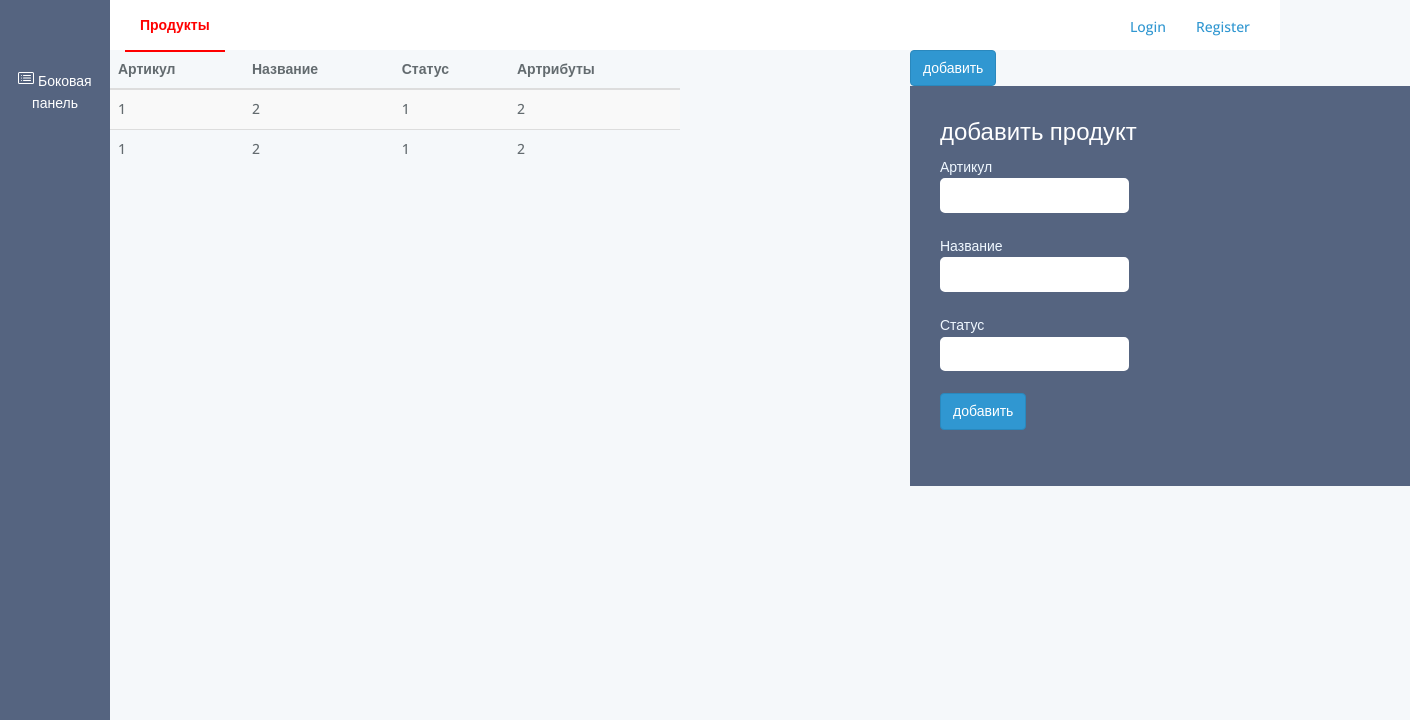
Repository: blackjack043/laravel-crud
Page: http://localhost/page2
An editor plug-in stored every save of this project. The page is shown before and after the next save, followed by the edit.
The browser window is 1280 px wide. The page is 1410 px wide, then 1310 px, so the pictures cover 1410 px, including what lies to the right of the window. The pictures show the whole page.
Some web fonts or font styles are not loaded; a fallback is used. The page is served by the project's Laravel application, run on PHP 8.4 with Laravel 8. Other server files are loaded and not shown.

Above is the page before, as saved 2022-03-08 22:56:16.

### routes/web.php
<?php

/*
|--------------------------------------------------------------------------
| Web Routes
|--------------------------------------------------------------------------
|
| Here is where you can register web routes for your application. These
| routes are loaded by the RouteServiceProvider within a group which
| contains the "web" middleware group. Now create something great!
|
*/
use Illuminate\Http\Request;
use App\Contact12;


Route::get('/', function () {
    return view('welcome');
});

Route::get('/page2', function () {
    return view('page2');
});

Route::get('/page3', function () {
    return auth()->user()->admin;

});



Route::post('/profile', 'ContactController@submit');

Auth::routes();

Route::get('/home', 'HomeController@index');

Auth::routes();

Route::get('/home', 'HomeController@index');

### resources/views/page2.blade.php
@extends('layouts.app2')

@section('content')
<div>
    <div class="row">

        <div class="col-md-6 ">


<!--         @if($errors->any())
            <div style=>
            @foreach ($errors->all() as $error)
            <div >
                {{$error}}
            </div>
            @endforeach
            </div>
         @endif
<form  method="POST" action="/profile">
{{ csrf_field() }}

                <div class="row" >
  <div class="col-md-2" ><h4>Название</h4></div>
  <div class="col-md-10">
<div class="input-group" >
<input type="text" name="label" class="form-control"  aria-describedby="sizing-addon2">
                </div></div>
</div>

<div class="row">
  <div class="col-md-2"><h4>Исполнитель</h4></div>
  <div class="col-md-10">
    <select name="ispolnitel">
    <option value="cherkesov">Черкесов В.А.</option>
    <option value="matancev">Матанцев Е.Р.</option>
    </select>
</div>
</div>

<div class="row">
  <div class="col-md-2"><h4>Описание задачи</h4></div>
  <div class="col-md-8">
		<textarea name="text" class="form-control" rows="3"></textarea>
</div>



</div>
<input type="submit" class="btn btn-primary">
</form> -->


<table class="table table-striped table-hover">
    <thead>
        <tr>
            <th>Артикул</th>
            <th>Название</th>
            <th>Статус</th>
            <th>Артрибуты</th>
            </tr>

    </thead>

    <tbody>
        <tr>
            <td>1</td>
            <td>2</td>
            <td>1</td>
            <td>2</td>
        </tr>
        <tr>
            <td>1</td>
            <td>2</td>
            <td>1</td>
            <td>2</td>
        </tr>
    </tbody>
</table>


                </div>
                <div class="col-md-4 col-md-offset-2">
        <button class="btn btn-primary">добавить</button>
<div style="background-color: #556480;width:500px;height: 400px;padding-left:30px;padding-top:10px;">
    <div style="color: white"><h3>добавить продукт</h3></div>

    <div> <span style="color:aliceblue"> Артикул </span> </div>
    <div style=""><input type="text" style="padding: 3px;border-radius: 5px;  border: 3px solid #ffffff;"/> </div>
    <br>
    <div> <span style="color:aliceblue"> Название </span> </div>
    <div><input type="text" style="padding: 3px;border-radius: 5px;  border: 3px solid #ffffff;"/> </div>
    <br>
    <div> <span style="color:aliceblue"> Статус </span> </div>
    <div><input type="text" style="padding: 3px;border-radius: 5px;  border: 3px solid #ffffff;"/> </div>
    <br>
    <button class="btn btn-primary">добавить</button>
</div>
        </div>



            </div>
        </div>






@endsection

### resources/views/layouts/app2.blade.php
<!DOCTYPE html>
<html lang="en">
<head>
    <meta charset="utf-8">
    <meta http-equiv="X-UA-Compatible" content="IE=edge">
    <meta name="viewport" content="width=device-width, initial-scale=1">
    <link rel="preconnect" href="https://fonts.googleapis.com">
<link rel="preconnect" href="https://fonts.gstatic.com" crossorigin>
<link href="https://fonts.googleapis.com/css2?family=Open+Sans:wght@300;500;700&display=swap" rel="stylesheet">
    <!-- CSRF Token -->
    <meta name="csrf-token" content="{{ csrf_token() }}">

    <title>{{ config('app.name', 'Laravel') }}</title>

    <!-- Styles -->
    <link href="/css/app.css" rel="stylesheet">

    <!-- Scripts -->
    <script>
        window.Laravel = <?php echo json_encode([
            'csrfToken' => csrf_token(),
        ]); ?>
    </script>
</head>
<body style="font-family: 'Open Sans', sans-serif;">
    <div id="app" style="display: flex;">
        <div style="width:200px; height:100vh;background: #556480;color: white; font-size: 14px;text-align: center; padding-top:70px" >

        <svg xmlns="http://www.w3.org/2000/svg" width="16" height="16" fill="currentColor" class="bi bi-card-list" viewBox="0 0 16 16">
  <path d="M14.5 3a.5.5 0 0 1 .5.5v9a.5.5 0 0 1-.5.5h-13a.5.5 0 0 1-.5-.5v-9a.5.5 0 0 1 .5-.5h13zm-13-1A1.5 1.5 0 0 0 0 3.5v9A1.5 1.5 0 0 0 1.5 14h13a1.5 1.5 0 0 0 1.5-1.5v-9A1.5 1.5 0 0 0 14.5 2h-13z"/>
  <path d="M5 8a.5.5 0 0 1 .5-.5h7a.5.5 0 0 1 0 1h-7A.5.5 0 0 1 5 8zm0-2.5a.5.5 0 0 1 .5-.5h7a.5.5 0 0 1 0 1h-7a.5.5 0 0 1-.5-.5zm0 5a.5.5 0 0 1 .5-.5h7a.5.5 0 0 1 0 1h-7a.5.5 0 0 1-.5-.5zm-1-5a.5.5 0 1 1-1 0 .5.5 0 0 1 1 0zM4 8a.5.5 0 1 1-1 0 .5.5 0 0 1 1 0zm0 2.5a.5.5 0 1 1-1 0 .5.5 0 0 1 1 0z"/>
</svg>
<span style="padding-top: 0px"> Боковая панель</span>
       </div>
        <div style="display:inline; width:100%">
        <nav class="" style="height: 50px; background: white; color:#f5f5f5">
            <div class="container">


                <div style="display: flex; justify-content:space-between">
                    <!-- Left Side Of Navbar -->
                    <ul class="nav navbar-nav navbar-left">
                        &nbsp;
                        <li style="border-bottom: 2px solid red; color: red"><a href="#" style="color: red; font-weight: bold">Продукты</a></li>
                    </ul>

                    <!-- Right Side Of Navbar -->
                    <ul class="nav navbar-nav " style="align-self:flex-end">
                        <!-- Authentication Links -->
                        @if (Auth::guest())
                            <li><a href="{{ url('/login') }}">Login</a></li>
                            <li><a href="{{ url('/register') }}">Register</a></li>
                        @else
                            @if (Auth::user()->admin == 1)
                            <li><a href="#">Админ21</a></li>

                            @endif
                            <li class="dropdown">

                                <a href="#" >
                                    {{ Auth::user()->name }} <span class="caret"></span>
                                </a>

                                <ul >
                                    <li>
                                        <a href="{{ url('/logout') }}"
                                            onclick="event.preventDefault();
                                                     document.getElementById('logout-form').submit();">
                                            Logout
                                        </a>

                                        <form id="logout-form" action="{{ url('/logout') }}" method="POST" style="display: none;">
                                            {{ csrf_field() }}
                                        </form>
                                    </li>
                                </ul>
                            </li>
                        @endif
                    </ul>
                </div>
            </div>
        </nav>

        @yield('content')
    </div>
    </div>
    <!-- Scripts -->
    <script src="/js/app.js"></script>
</body>
</html>

Loaded but not shown: app/Http/Controllers/Auth/LoginController.php (common file); app/Http/Controllers/Controller.php (common file); public/css/app.css (library); public/js/app.js (library)

After the next save:
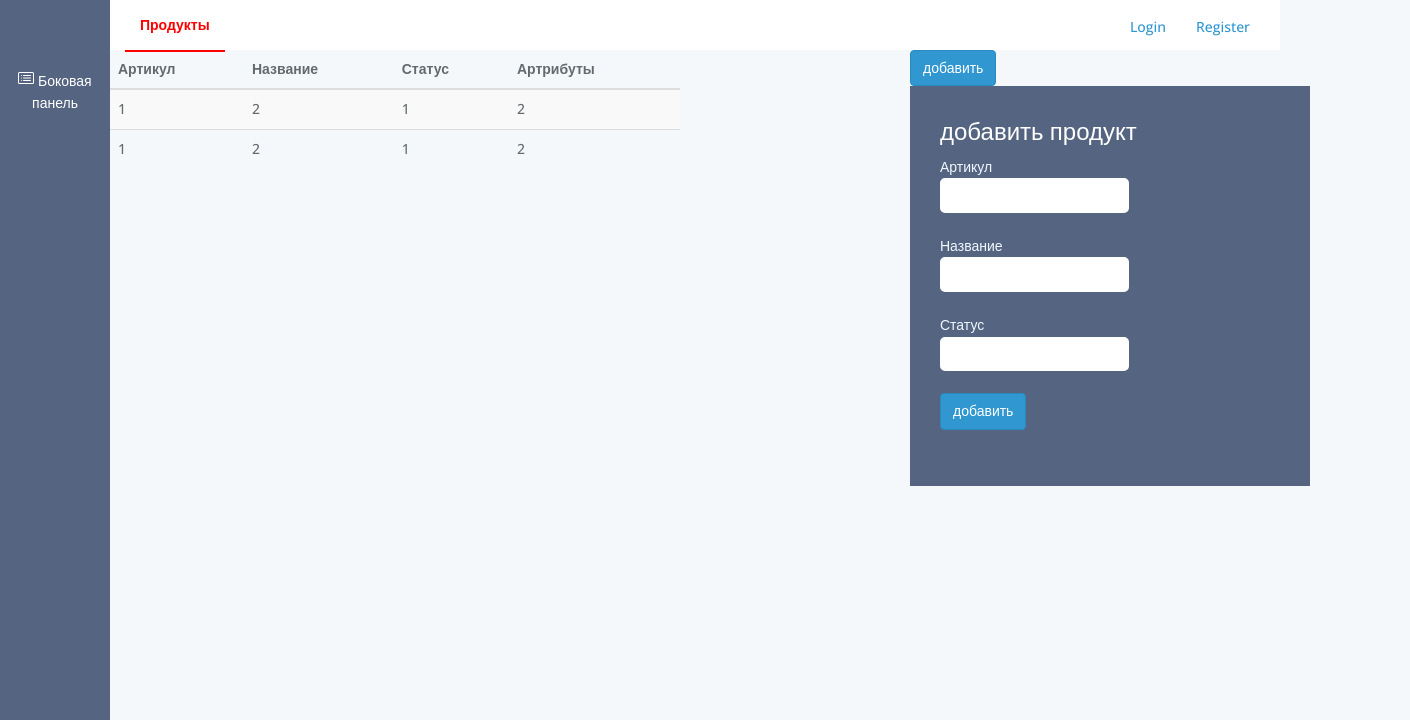
Saved 54 s later.
--- a/resources/views/page2.blade.php
+++ b/resources/views/page2.blade.php
@@ -81,7 +81,7 @@
                 </div>
                 <div class="col-md-4 col-md-offset-2">
         <button class="btn btn-primary">добавить</button>
-<div style="background-color: #556480;width:500px;height: 400px;padding-left:30px;padding-top:10px;">
+<div style="background-color: #556480;width:400px;height: 400px;padding-left:30px;padding-top:10px;">
     <div style="color: white"><h3>добавить продукт</h3></div>
 
     <div> <span style="color:aliceblue"> Артикул </span> </div>
